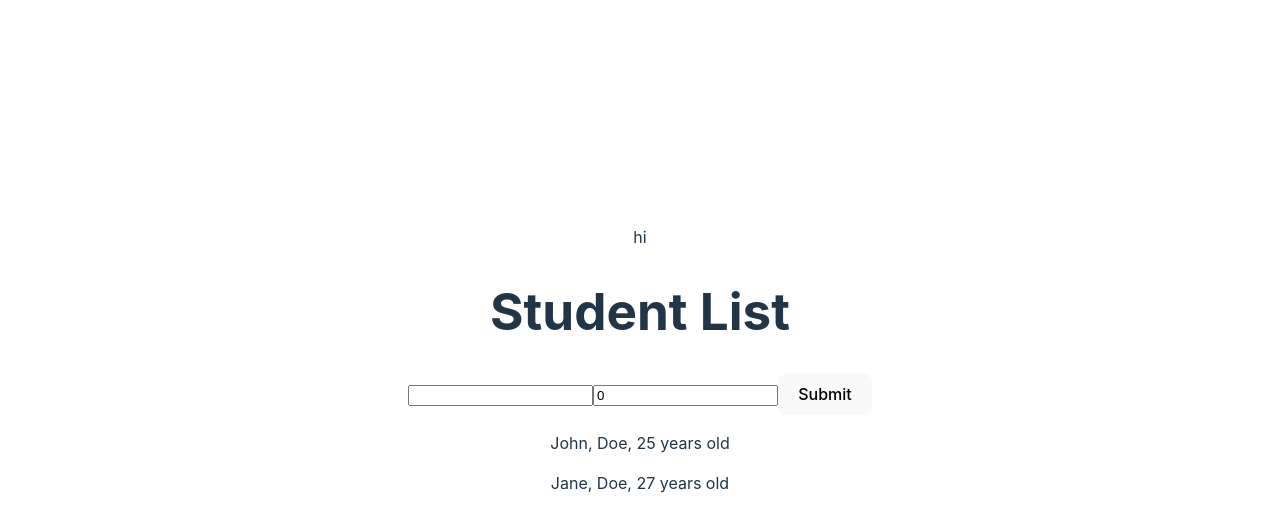
Repository: Jennica1/FRONT_END_WEEK06
Page: / (app in react/)
An editor plug-in stored every save of this project. The page is shown before and after the next save, followed by the edit.
The browser window is 1280 px wide. The pictures show the whole page.
The project was rebuilt for these pictures with package versions that can differ from the ones it lists, and the page was loaded fresh each time. Also part of the build but not shown: react/vite.config.js.

Above is the page before, as saved 2024-10-10 12:16:02.

### react/src/App.jsx
import { useState } from 'react';
import reactLogo from './assets/react.svg';
import viteLogo from '/vite.svg';
import TaskForm from './components/TaskForm';
import './App.css';


function App() {

  return (
    <>
    <p>hi</p>
     <TaskForm/>
    </>
  )
}

export default App

### react/src/components/TaskForm.jsx
import { useState } from 'react'
//renders an input box and a button for creating new tasks.
//Decide where the shared state should live. This is where you would also want to define the functions for updating the app state, including:

//a function for toggling the complete status of a task
//a function for adding a new task
//a function for deleting a task


const data = [
  {
    id: 1,
    firstName: 'John',
    lastName: 'Doe',
    age: 25
  },
  {
    id: 2,
    firstName: 'Jane',
    lastName: 'Doe',
    age: 27
  },
]
function TaskForm() {

  const [name, setName] = useState('John Doe');
  const [tasks, setTasks] = useState(data);

  const [taskData, settaskData] = useState({
    firstName: '',
    lastName: '',
    age: 0,
  });

  const studentListUI = tasks.map((student, index) => <p key={index}>{student.firstName}, {student.lastName}, {student.age} years old</p>
  );


  function handleSubmit(e) {
    e.preventDefault();
    const formData = new formData(e.target); //e.target == form
    name == formData.get('name');

    setName(formData.get(name));
    console.log(name);
  }

  function handleChange(e) {
    setName(e.target.value);

  }

  function handleFirstName(e) {
    settaskData({ ...taskData, firstName: e.target.value })
  };

  function handleAddTask(e) {
    e.preventDefault();
    setTasks([...tasks, taskData]);
  }

  return (
    <>
      <h1>Student List</h1>
      <form onSubmit={handleAddTask}>


        <input type='text' value={taskData.lastName}
          onChange={(e) => settaskData({ ...taskData, lastName: e.target.value })} />
        <input type='number' value={taskData.age}
          onChange={(e) => settaskData({ ...taskData, age: e.target.value })} />

        <button>Submit</button>
      </form>
      {studentListUI}


    </>
  )
}

export default TaskForm

Loaded but not shown: react/index.html (common file); react/src/main.jsx (common file); react/src/index.css (common file); react/src/App.css (common file)

After the next save:
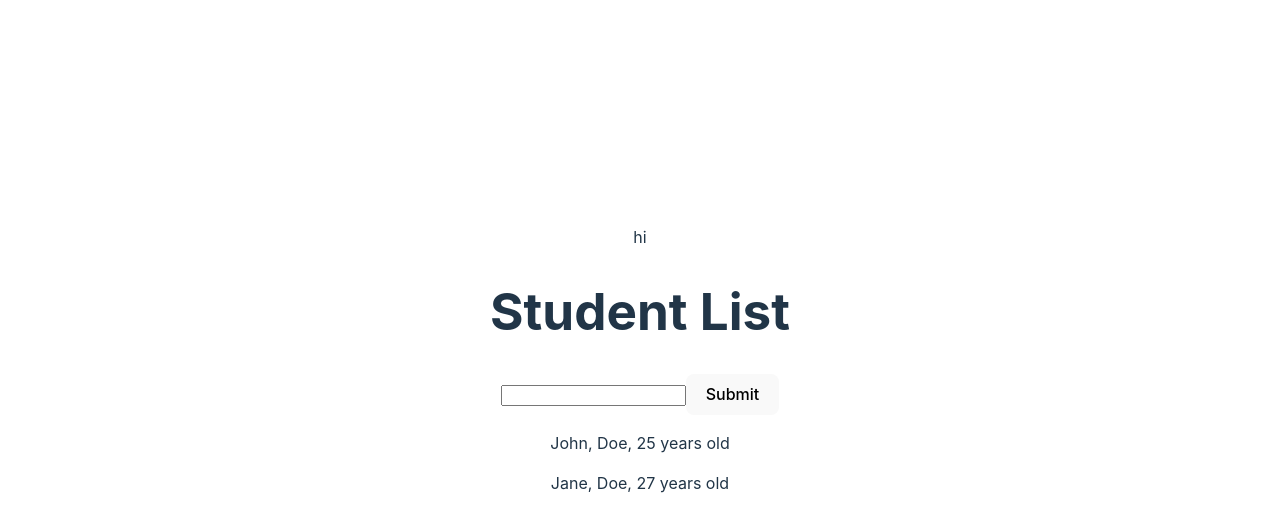
Saved 10 s later.
--- a/react/src/components/TaskForm.jsx
+++ b/react/src/components/TaskForm.jsx
@@ -67,8 +67,6 @@ function TaskForm() {
 
         <input type='text' value={taskData.lastName}
           onChange={(e) => settaskData({ ...taskData, lastName: e.target.value })} />
-        <input type='number' value={taskData.age}
-          onChange={(e) => settaskData({ ...taskData, age: e.target.value })} />
 
         <button>Submit</button>
       </form>
